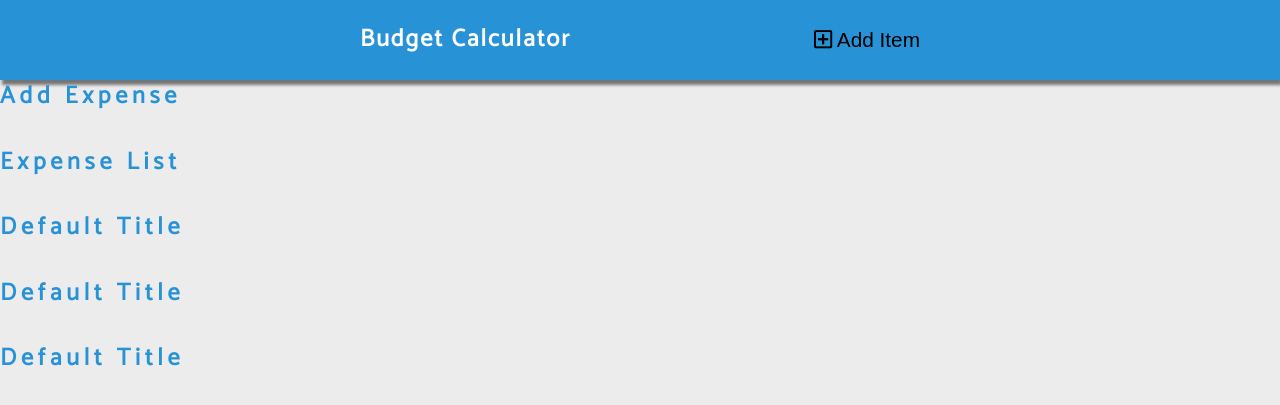
Repository: webdril/budget
Page: /
The author's editor kept a copy of each file at every save. The page is drawn from the files as they stood at one save, then again after the next save.
The browser window is 1280 px wide. The pictures show the whole page.
The project was rebuilt for these pictures with package versions that can differ from the ones it lists, and the page was loaded fresh each time.

Above is the page before, as saved 2020-02-29 02:45:35.

### public/index.html
<!DOCTYPE html>
<html lang="en">
<head>
	<meta charset='utf-8'>
	<meta name='viewport' content='width=device-width,initial-scale=1'>

	<title>Budget Calculator</title>

	<link rel='icon' type='image/png' href='/favicon.png'>
	<link rel='stylesheet' href='/global.css'>
	<link rel='stylesheet' href='/build/bundle.css'>
	<!-- Font Awesome -->
	<link rel="stylesheet" href="fontawesome-free-5.11.2-web/css/all.min.css">

	<script defer src='/build/bundle.js'></script>
</head>

<body>
</body>
</html>

### src/App.svelte
<script>
import Navbar from './Navbar.svelte'
import Title from './Title.svelte'
let fruits = ['apple', 'orange', 'lemon']
</script>

<!-- CSS/STYLING -->

<Navbar />
<Title title="add expense"/>
<Title title="expense list"/>

{#each fruits as item}

<Title />
{/each}

### src/Navbar.svelte
<nav class="nav">
	<div class="nav-center">
		<h1 class="nav-title">Budget Calculator</h1>
		<button type="button" class="nav-btn">
			<i class="far fa-plus-square" />
			Add Item
		</button>
	</div>
</nav>

### src/Title.svelte
<script>
export let title = "default title";

</script>


<div class="main-title">
 <h2>{title}</h2>
</div>

### public/global.css
/*
======
Fonts
======
*/
@import url("https://fonts.googleapis.com/css?family=Catamaran:300,400&display=swap");
/*
======
Variables
======
*/
:root {
  --primaryColor: #2892d7;
  --mainWhite: #fff;
  --offWhite: #f7f7f7;
  --mainBlack: #222;
  --mainGrey: #ececec;
  --darkGrey: #afafaf;
  --mainTransition: all 0.3s linear;
  --mainSpacing: 0.3rem;
  --lightShadow: 2px 5px 3px 0px rgba(0, 0, 0, 0.5);
  --darkShadow: 4px 10px 5px 0px rgba(0, 0, 0, 0.5);
  --mainBorderRadius: 0.25rem;
}
/*
======
Global Styles
======
*/
* {
  margin: 0;
  padding: 0;
  box-sizing: border-box;
}

body {
  font-family: "Catamaran", sans-serif;
  color: var(--mainBlack);
  background: var(--mainGrey);
  line-height: 1.4;
  font-size: 1rem;
  font-weight: 300;
}
h1,
h2,
h3,
h4,
h5,
h6 {
  font-family: "Catamaran", sans-serif;
  margin-bottom: 1.25rem;
  letter-spacing: var(--mainSpacing);
}
p {
  margin-bottom: 1.25rem;
}
ul {
  list-style-type: none;
}
a {
  text-decoration: none;
  color: var(--mainBlack);
}
/*
======
Buttons
======
*/
.btn,
.btn-white,
.btn-primary {
  text-transform: uppercase;
  letter-spacing: var(--mainSpacing);
  color: var(--primaryColor);
  border: 2px solid var(--primaryColor);
  padding: 0.45rem 0.8rem;
  display: inline-block;
  transition: var(--mainTransition);
  cursor: pointer;
  font-size: 0.8rem;
  border-radius: var(--mainBorderRadius);
  background: transparent;
}
.btn:hover {
  background: var(--primaryColor);
  color: var(--mainWhite);
}
.btn-white {
  background: transparent;
  color: var(--primaryColor);
  border-color: var(--primaryColor);
}
.btn-white:hover {
  background: var(--mainWhite);
  color: var(--primaryColor);
}
.btn-primary {
  background: var(--primaryColor);
  color: var(--mainWhite);
  border-color: var(--primaryColor);
}
.btn-primary:hover {
  background: transparent;
  color: var(--primaryColor);
}
.btn-block {
  width: 100%;
  display: block;
  margin: 0 auto;
  box-shadow: var(--lightShadow);
}
.disabled {
  color: var(--darkGrey);
  border-color: var(--darkGrey);
}
.disabled:hover {
  background: transparent;
  color: var(--darkGrey);
  border-color: var(--darkGrey);
}
/*
======
Navbar
======
*/
.nav {
  background: var(--primaryColor);
  height: 5rem;
  display: flex;
  align-items: center;
  box-shadow: var(--lightShadow);
}

.nav-center {
  width: 85%;
  max-width: 35rem;
  margin: 0 auto;
  display: flex;
  justify-content: space-between;
}
.nav-title {
  text-transform: capitalize;
  color: var(--mainWhite);
  margin-bottom: 0;
  letter-spacing: 2px;
}
.nav-btn {
  background: transparent;
  font-size: 1.3rem;
  border: none;
  cursor: pointer;
  text-transform: capitalize;
  transition: var(--mainTransition);
}
.nav-btn:hover {
  color: var(--darkGrey);
}
/*
======
Content
======
*/
.content {
  padding: 3rem 0;
  width: 85vw;
  max-width: 35rem;
  margin: 0 auto;
}

/*
======
Main Title
======
*/
.main-title {
  text-transform: capitalize;
  color: var(--primaryColor);
  margin-bottom: 2rem;
}
/*
======
Single Expense
======
*/
.single-expense {
  display: flex;
  justify-content: space-between;
  text-transform: capitalize;
  align-items: center;
  margin-bottom: 2rem;
  padding: 1.3rem 1rem;
  border-radius: var(--mainBorderRadius);
  background: var(--mainWhite);
  box-shadow: var(--lightShadow);
}
.single-expense h2 {
  margin-bottom: 0;
  font-weight: 300;
}
.single-expense h4 {
  margin-bottom: 0;
  margin-top: 1rem;
  font-weight: 300;
  color: var(--primaryColor);
}

.expense-btn {
  font-size: 1rem;
  background: transparent;
  border: none;
  margin: 0 0.4rem;
  transition: var(--mainTransition);
  cursor: pointer;
}
.expense-btn:hover {
  transform: scale(1.2);
}
.amount-btn {
  font-size: 1.3rem;
  background: transparent;
  border: none;
  cursor: pointer;
  color: var(--primaryColor);
}
.delete-btn {
  color: red;
}
.edit-btn {
  color: green;
}
/*
======
Expense Form
======
*/

.expense-form {
  background: var(--mainWhite);
  padding: 1.25rem 1rem;
  text-transform: capitalize;
  border-radius: var(--mainBorderRadius);
  box-shadow: var(--lightShadow);
}

.form-control label {
  display: block;
}
.form-control input {
  width: 100%;
  border: none;
  border-bottom: 2px solid var(--darkGrey);
  margin-bottom: 1.25rem;
  padding: 0.5rem;
  font-size: 1.2rem;
}
.form-empty {
  text-align: center;
  color: red;
}
.form {
  position: relative;
  margin-bottom: 5rem;
}
.close-btn {
  position: absolute;
  top: 0;
  right: 0;
  font-size: 1.2rem;
  text-transform: capitalize;
  display: flex;
  align-items: center;
  width: 4.2rem;
  justify-content: space-between;
  background: transparent;
  border: none;
  color: red;
  cursor: pointer;
}
/*
======
Modal
======
*/
.modal-container {
  position: fixed;
  top: 0;
  left: 0;
  right: 0;
  bottom: 0;
  background: rgba(0, 0, 0, 0.7);
  z-index: 2;
}
.modal-content {
  background: var(--mainWhite);
  width: 85vw;
  max-width: 35rem;
  margin: 0 auto;
  margin-top: 5rem;
  padding: 3rem;
  border-radius: var(--mainBorderRadius);
  position: relative;
}
.modal-content .expense-form {
  box-shadow: none;
}
.modal-container .form {
  margin-bottom: 0;
}
.modal-container .expense-form {
  padding: 1.25rem 0;
}
.modal-container .form {
  position: static;
}
.modal-container .close-btn {
  top: 2%;
  right: 3%;
}
/*
======
Github Users
======
*/

.user {
  margin: 2rem 0;
  box-shadow: var(--lightShadow);
  display: grid;
  grid-template-columns: auto 1fr;
  border-radius: var(--mainBorderRadius);
  grid-column-gap: 2rem;
  background: var(--mainWhite);
}
.user img {
  width: 6rem;
  border-top-left-radius: var(--mainBorderRadius);
  border-bottom-left-radius: var(--mainBorderRadius);
}
.user-info {
  padding-top: 0.75rem;
}
.user-info h3 {
  margin-bottom: 0.75rem;
}

Loaded but not shown: src/main.js (common file); public/fontawesome-free-5.11.2-web/css/all.min.css (library)

After the next save:
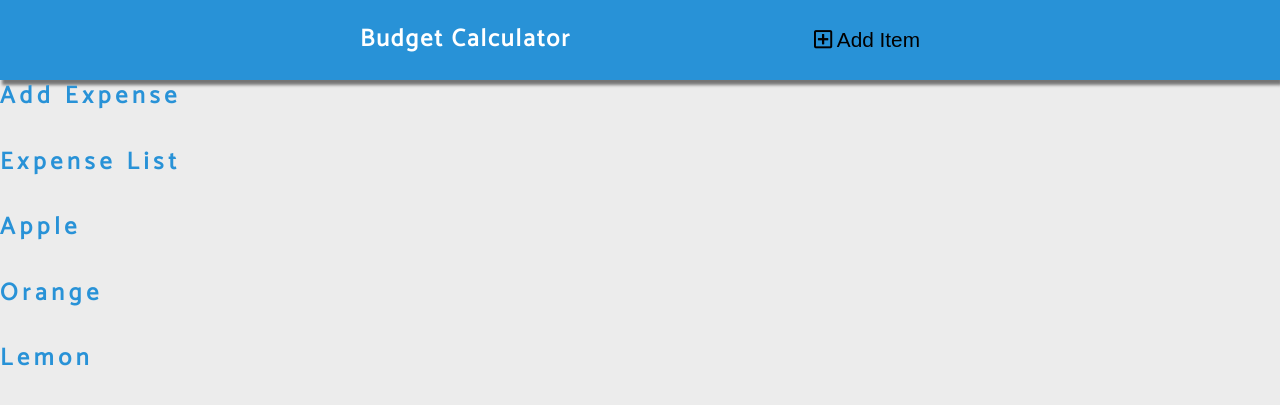
Saved 47 s later.
--- a/src/App.svelte
+++ b/src/App.svelte
@@ -12,5 +12,5 @@ let fruits = ['apple', 'orange', 'lemon']
 
 {#each fruits as item}
 
-<Title />
+<Title title= {item}/>
 {/each}
